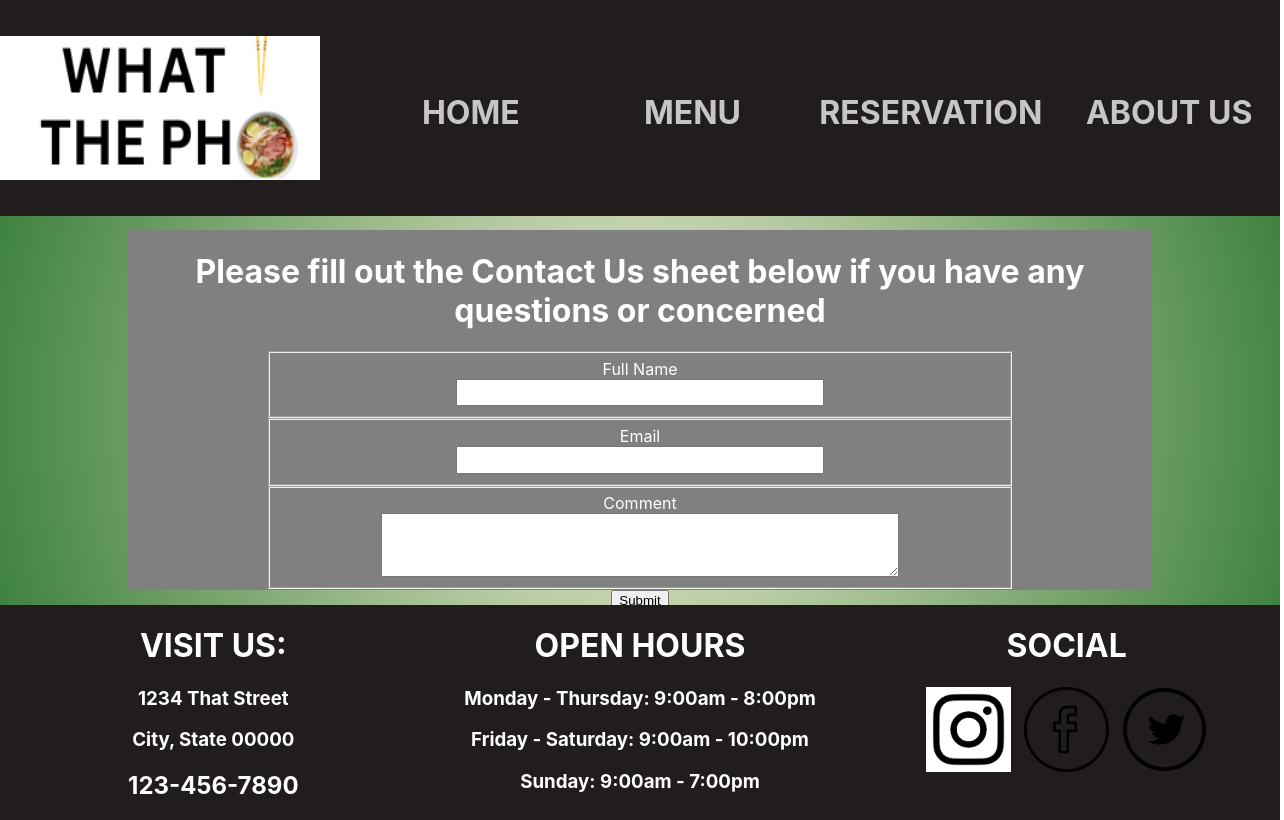
Repository: NguyenkhDang/Restaurant-Website
Page: /contactUs
These files come from the project's save history. The page is drawn as it stood at one moment and after the next save; the edit follows.
The browser window is 1280 px wide. The page is 1284 px wide, then 1280 px, so the pictures cover 1284 px, including what lies to the right of the window. The pictures show the whole page.
The project was rebuilt for these pictures with package versions that can differ from the ones it lists, and the page was loaded fresh each time. Also part of the build but not shown: src/CSS/Readmore.css, src/Readmore.js, src/CSS/SectionContainer.css, src/SectionContainer.js, src/CSS/Home.css, src/Pages/HomePage.js, src/Pages/MenuPage.js, src/CSS/ReservationForm.css and 4 more.

Above is the page before, as saved 2026-01-18 22:15:02.

After the next save:
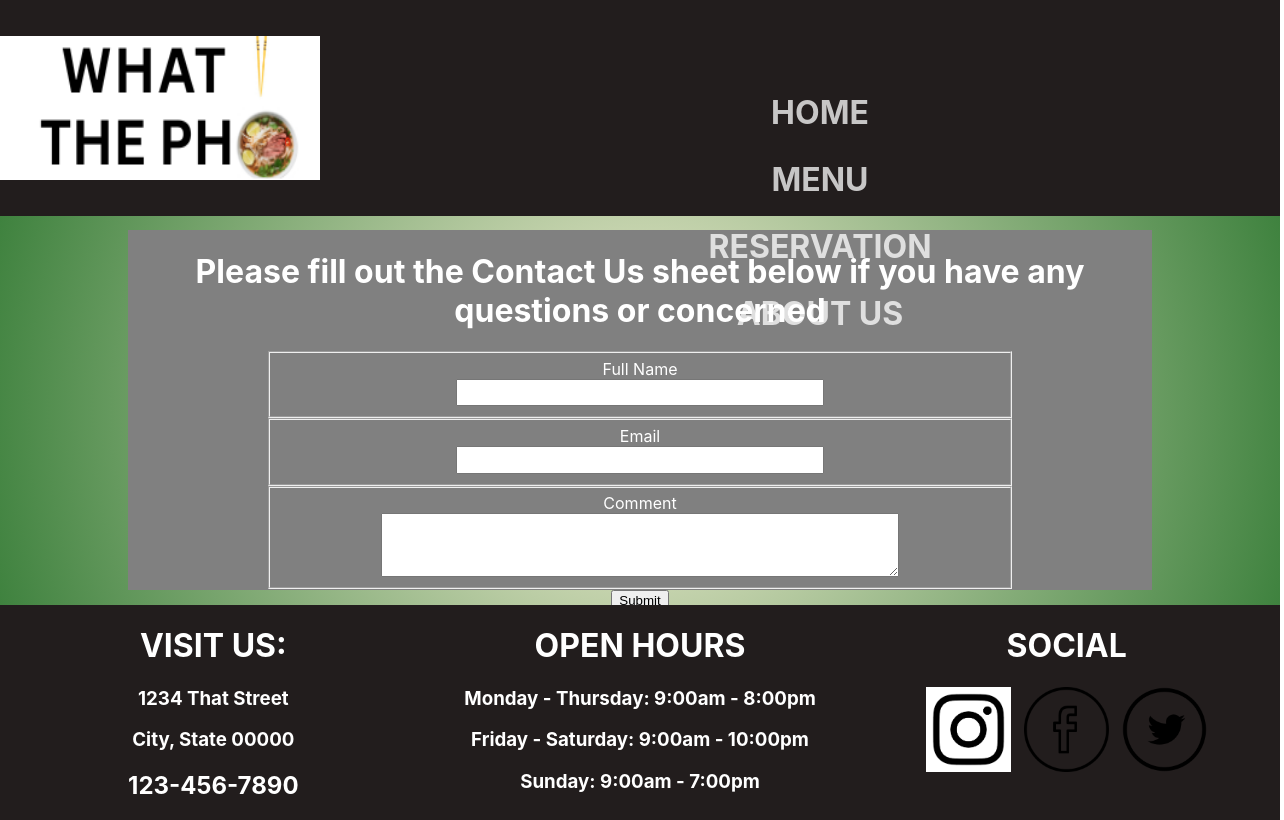
Saved 38 s later.
--- a/src/CSS/NavigationBar.css
+++ b/src/CSS/NavigationBar.css
@@ -22,7 +22,7 @@ ul{
   list-style-type: none;
   display: grid;
   place-items: center;
-  grid-template-columns: 1fr 1fr 1fr 1fr;
+  grid-template-columns: repeat(auto, 4);
   margin-top: 6vh;
 }
 ul li a{
